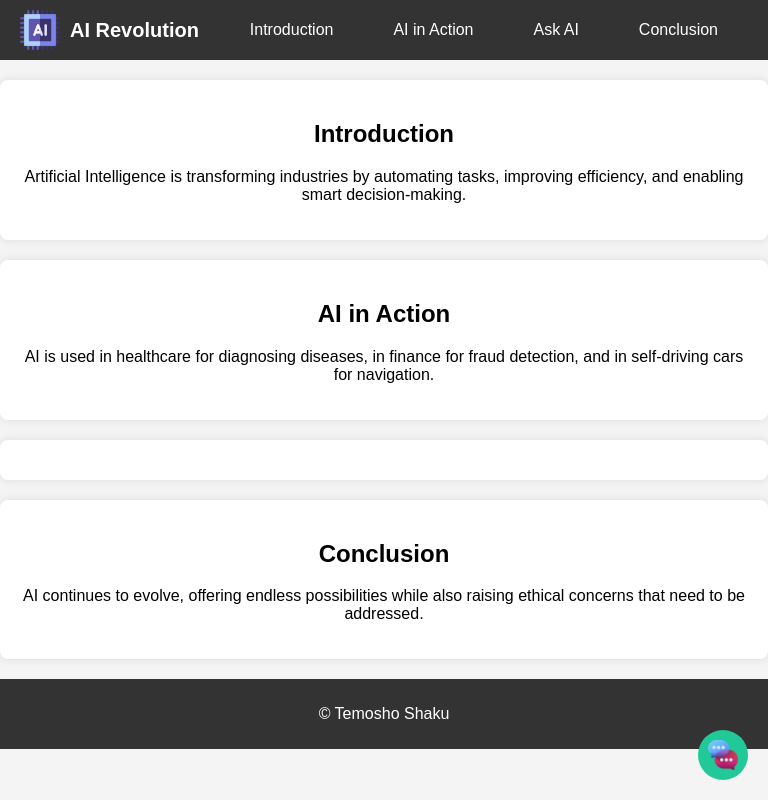
Repository: TemoshoS/ai
Page: index.html
The author's editor kept a copy of each file at every save. The page is drawn from the files as they stood at one save, then again after the next save.
The browser window is 768 px wide. The pictures show the whole page.

Above is the page before, as saved 2025-02-16 15:44:16.

After the next save:
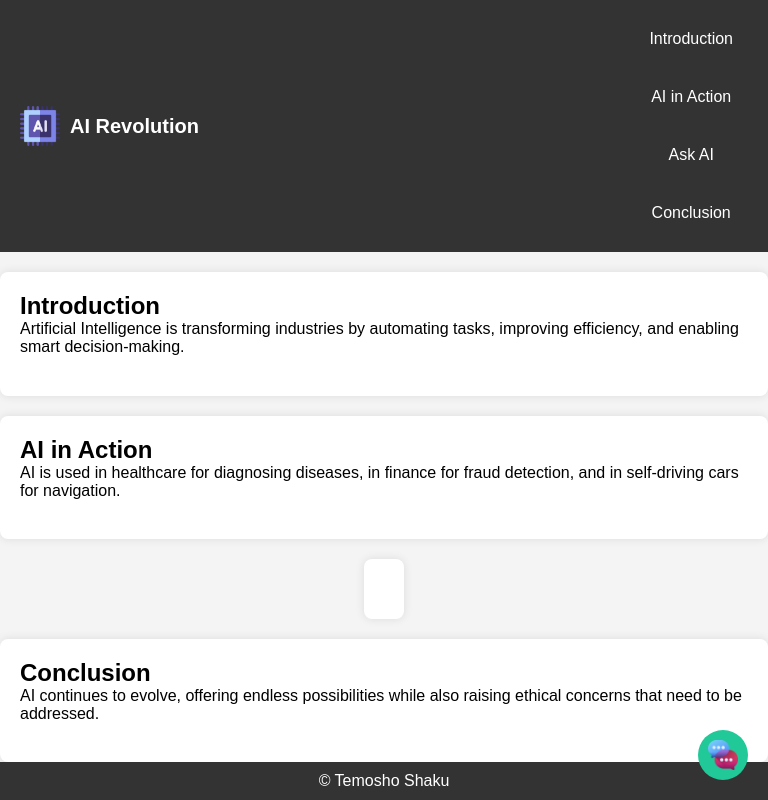
Saved 68 min 56 s later.
--- a/styles.css
+++ b/styles.css
@@ -1,9 +1,16 @@
+/* GLOBAL STYLES */
+* {
+    margin: 0;
+    padding: 0;
+    box-sizing: border-box;
+}
+
 body {
     font-family: Arial, sans-serif;
-    margin: 0;
-    padding: 0;
+    display: flex;
+    flex-direction: column;
+    min-height: 100vh; /* Ensures the body takes up full height */
     background-color: #f4f4f4;
-    text-align: center;
 }
 
 /* NAVIGATION BAR */
@@ -69,6 +76,7 @@ section {
     margin-top: 20px;
     border-radius: 8px;
     box-shadow: 0px 0px 10px rgba(0, 0, 0, 0.1);
+    flex-grow: 1; /* Ensures sections take remaining space */
 }
 
 /* AI CHAT */
@@ -100,6 +108,7 @@ button:hover {
     color: #333;
     margin-top: 15px;
 }
+
 /* Chat Icon */
 #chatIcon {
     position: fixed;
@@ -174,11 +183,33 @@ button:hover {
     border-radius: 5px;
 }
 
-
 /* FOOTER */
 footer {
-    margin-top: 20px;
     background-color: #333;
     color: white;
     padding: 10px;
-}
+    text-align: center;
+    margin-top: auto; /* Ensures the footer is at the bottom */
+}
+
+/* Responsive Styles */
+@media screen and (max-width: 768px) {
+    .nav-links {
+        flex-direction: column;
+        align-items: center;
+    }
+
+    .nav-links li {
+        margin: 10px 0;
+    }
+
+    #chatBox {
+        width: 80%;
+        right: 10px;
+        bottom: 70px;
+    }
+
+    #chatInput {
+        width: 70%;
+    }
+}
